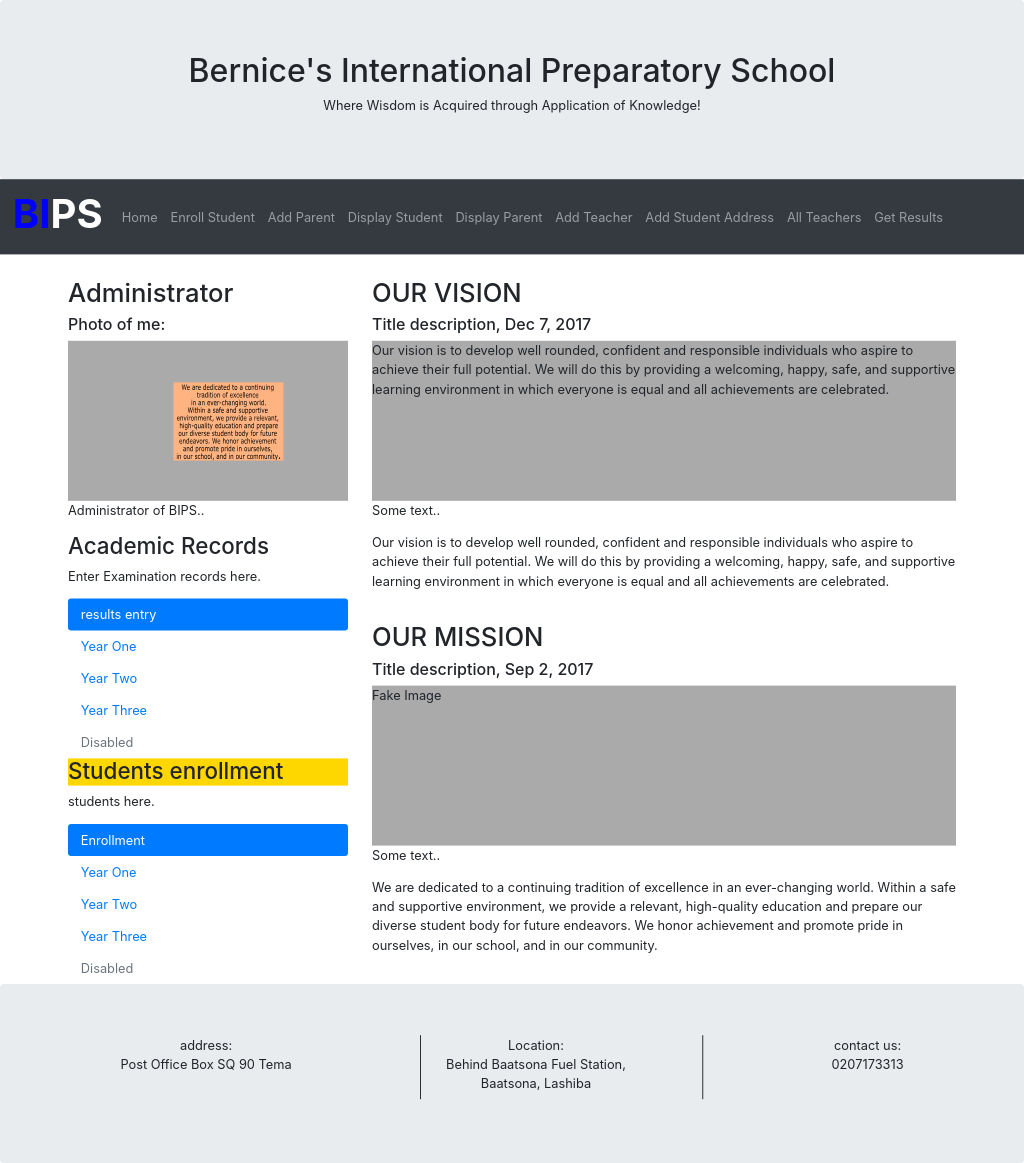
Repository: joseackah/eclipse-workspace
Page: http://localhost/com.school.mgt.system.Front.End/WEB-INF/views/adminPageExample.jsp
An editor plug-in stored every save of this project. The page is shown before and after the next save, followed by the edit.
The browser window is 1280 px wide. The pictures show the whole page, at 80% of full size.
The page is served by Tomcat 9. Nobody is signed in. Other server files are loaded and not shown. The template is opened directly, without the code that normally fills it, so the values that code supplies are empty.

Above is the page before, as saved 2021-08-12 21:10:26.

### com.school.mgt.system.Front.End/src/main/webapp/WEB-INF/views/adminPageExample.jsp
<%@ page language="java" contentType="text/html; charset=ISO-8859-1"
    pageEncoding="ISO-8859-1"%>
<!DOCTYPE html>
<html>
<head>
<meta charset="ISO-8859-1">
<title>Home Page</title>
<meta charset="utf-8">
  <meta name="viewport" content="width=device-width, initial-scale=1">
  <link rel="stylesheet" href="https://maxcdn.bootstrapcdn.com/bootstrap/4.5.2/css/bootstrap.min.css">
  <script src="https://ajax.googleapis.com/ajax/libs/jquery/3.5.1/jquery.min.js"></script>
  <script src="https://cdnjs.cloudflare.com/ajax/libs/popper.js/1.16.0/umd/popper.min.js"></script>
  <script src="https://maxcdn.bootstrapcdn.com/bootstrap/4.5.2/js/bootstrap.min.js"></script>
  <style>
  .fakeimg {
    height: 200px;
    background: #aaa;
  }
  </style>
</head>
<body>
<div class="jumbotron text-center" style="margin-bottom:0">
  <h1>Bernice's International Preparatory School</h1>
  <p>Where Wisdom is Acquired through Application of Knowledge!</p>
</div>

<nav class="navbar navbar-expand-sm bg-dark navbar-dark">
  <a class="navbar-brand" href="#"><h1 style="font-size: 50px; font-weight: bold;"><span style="color:blue; font-size:;">BI</span>PS </h1></a>
  <button class="navbar-toggler" type="button" data-toggle="collapse" data-target="#collapsibleNavbar">
    <span class="navbar-toggler-icon"></span>
  </button>
  <div class="collapse navbar-collapse" id="collapsibleNavbar">
    <ul class="navbar-nav">
      <li class="nav-item">
        <a class="nav-link" href="${pageContext.request.contextPath}/general/homePage">Home</a>
      </li>
      <li class="nav-item">
        <a class="nav-link" href="${pageContext.request.contextPath}/schoolStudents/moreStudentsForm">Enroll Student</a>
      </li>
      <li class="nav-item">
        <a class="nav-link" href="${pageContext.request.contextPath}/schoolParents/showParentForm">Add Parent</a>
      </li>
      <li class="nav-item">
        <a class="nav-link" href="${pageContext.request.contextPath}/schoolStudents/displayStudents">Display Student</a>
      </li>
      <li class="nav-item">
        <a class="nav-link" href="${pageContext.request.contextPath}/schoolParents/displayParents">Display Parent</a>
      </li>
      <li class="nav-item">
        <a class="nav-link" href="${pageContext.request.contextPath}/schoolStudents/showStudentsForm">Add Teacher</a>
      </li>
      <li class="nav-item">
        <a class="nav-link" href="${pageContext.request.contextPath}/studentAddress/displayStudentAddress">Add Student Address</a>
      </li>
      <li class="nav-item">
        <a class="nav-link" href="${pageContext.request.contextPath}/schoolTeachers/displayTeachers">All Teachers</a>
      </li>
      <li class="nav-item">
        <a class="nav-link" href="${pageContext.request.contextPath}/general/lowerResults">Get Results</a>
      </li>
    </ul>
  </div>
</nav>

<div class="container" style="margin-top:30px">
  <div class="row">
    <div class="col-sm-4">
      <h2>Administrator</h2>
      <h5>Photo of me:</h5>
      <div class="fakeimg"> <img alt="our mision" src="${pageContext.request.contextPath}/resources/svg/mission.svg" style="width:400px; height:200px;"/>  </div>
      <p>Administrator of BIPS..</p>

    <!--   academic record start here -->

      <h3>Academic Records</h3>
      <p>Enter Examination records here.</p>
      <ul class="nav nav-pills flex-column">
        <li class="nav-item">
          <a class="nav-link active" href="#">results entry</a>
        </li>
        <li class="nav-item">
          <a class="nav-link" href="#">Year One</a>
        </li>
        <li class="nav-item">
          <a class="nav-link" href="#">Year Two</a>
        </li>
        <li class="nav-item">
          <a class="nav-link" href="#">Year Three</a>
        </li>
        <li class="nav-item">
          <a class="nav-link disabled" href="#">Disabled</a>
        </li>
      </ul>
      <hr class="d-sm-none">

      <!-- academic record ends here -->

      <!-- student starts here -->
       <h3 style="background-color:gold;">Students enrollment</h3>
      <p>students here.</p>
      <ul class="nav nav-pills flex-column">
        <li class="nav-item">
          <a class="nav-link active">Enrollment</a>
        </li>
        <li class="nav-item">
          <a class="nav-link" href="#">Year One</a>
        </li>
        <li class="nav-item">
          <a class="nav-link" href="#">Year Two</a>
        </li>
        <li class="nav-item">
          <a class="nav-link" href="#">Year Three</a>
        </li>
        <li class="nav-item">
          <a class="nav-link disabled" href="#">Disabled</a>
        </li>
      </ul>
      <hr class="d-sm-none">
    <!--   students ends here -->
    </div>
    <div class="col-sm-8">
      <h2>OUR VISION</h2>
      <h5>Title description, Dec 7, 2017</h5>
      <div class="fakeimg">Our vision is to develop well rounded, confident and responsible individuals who aspire to achieve their full potential. We will do this by providing a welcoming, happy, safe, and supportive learning environment in which everyone is equal and all achievements are celebrated. </div>
      <p>Some text..</p>
      <p>Our vision is to develop well rounded, confident and responsible individuals who aspire to achieve their full potential. We will do this by providing a welcoming, happy, safe, and supportive learning environment in which everyone is equal and all achievements are celebrated. </p>
      <br>
      <h2>OUR MISSION</h2>
      <h5>Title description, Sep 2, 2017</h5>
      <div class="fakeimg">Fake Image</div>
      <p>Some text..</p>
      <p>We are dedicated to a continuing tradition of excellence in an ever-changing world. Within a safe and supportive environment, we provide a relevant, high-quality education and prepare our diverse student body for future endeavors. We honor achievement and promote pride in ourselves, in our school, and in our community.</p>
    </div>
  </div>
</div>

<div class="jumbotron text-center" style="margin-bottom:0; align-context: space-between;">
<div style="justify-content: center;">
<div style="display: flex; float: center; justify-content: center;">
<p style="margin-right: 10em">address: <br /> Post Office Box SQ 90 Tema</p> <p style="border-left: 1px solid black; height: 80px; position:fix; left: 35%; padding-right: 2em;"> </p>
<p style="display: flex; float: right;"> Location: <br /> Behind Baatsona Fuel Station, <br> Baatsona, Lashiba </p> <P style="border-left: 1px solid black; height: 80px; position:fix; right: 50%; margin-left: 6em;"> </P>
<p style="margin-left: 10em">contact us:<br/> 0207173313</p>
</div>


</div>
</div>

</body>
</html>

Loaded but not shown: com.school.mgt.system.Front.End/src/main/resources/static/svg/mission.svg (1165 lines, source omitted)

After the next save:
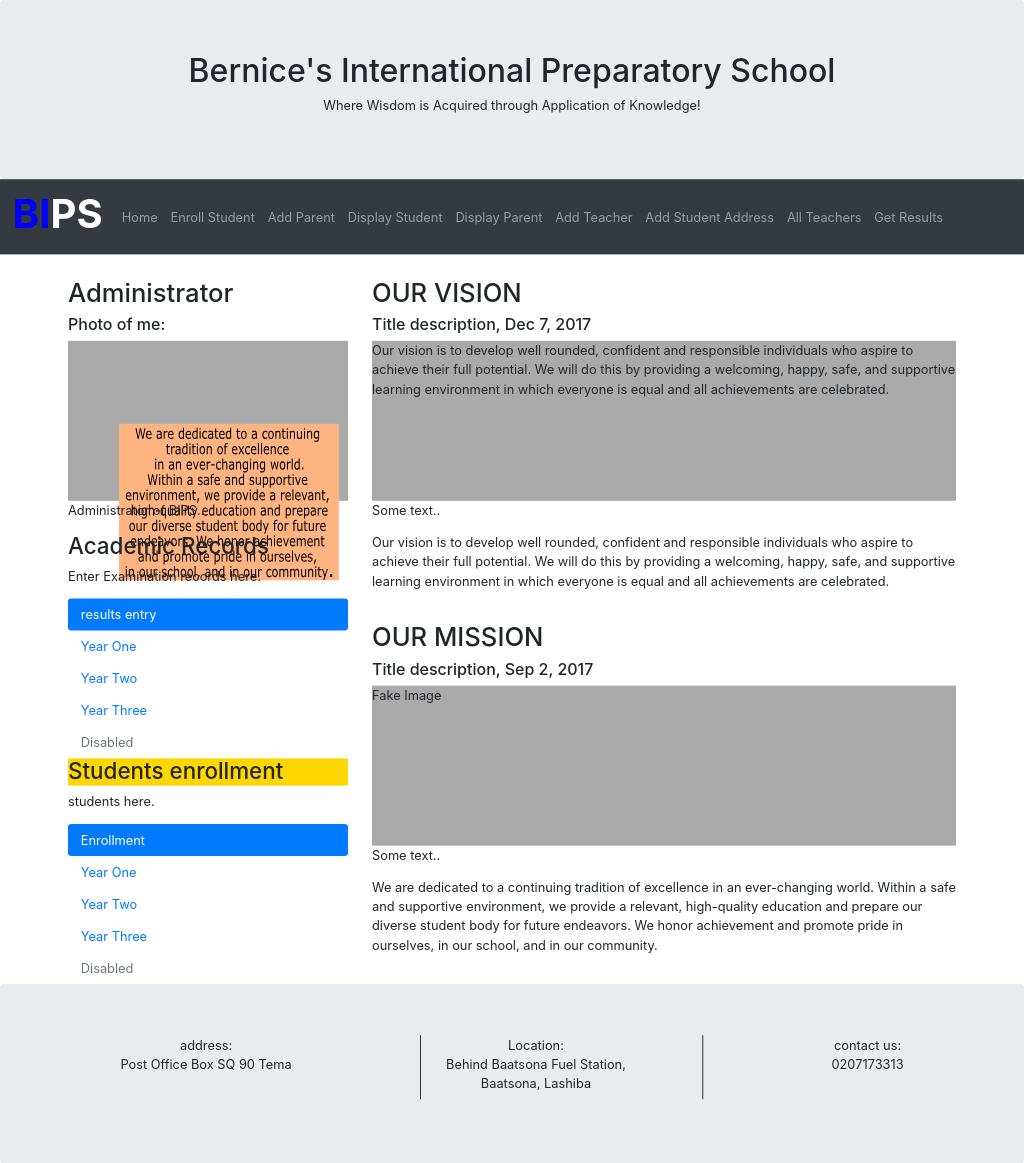
Saved 10 s later.
--- a/com.school.mgt.system.Front.End/src/main/webapp/WEB-INF/views/adminPageExample.jsp
+++ b/com.school.mgt.system.Front.End/src/main/webapp/WEB-INF/views/adminPageExample.jsp
@@ -67,7 +67,7 @@
     <div class="col-sm-4">
       <h2>Administrator</h2>
       <h5>Photo of me:</h5>
-      <div class="fakeimg"> <img alt="our mision" src="${pageContext.request.contextPath}/resources/svg/mission.svg" style="width:400px; height:200px;"/>  </div>
+      <div class="fakeimg"> <img alt="our mision" src="${pageContext.request.contextPath}/resources/svg/mission.svg" style="width:400px; height:400px;"/>  </div>
       <p>Administrator of BIPS..</p>
 
     <!--   academic record start here -->
